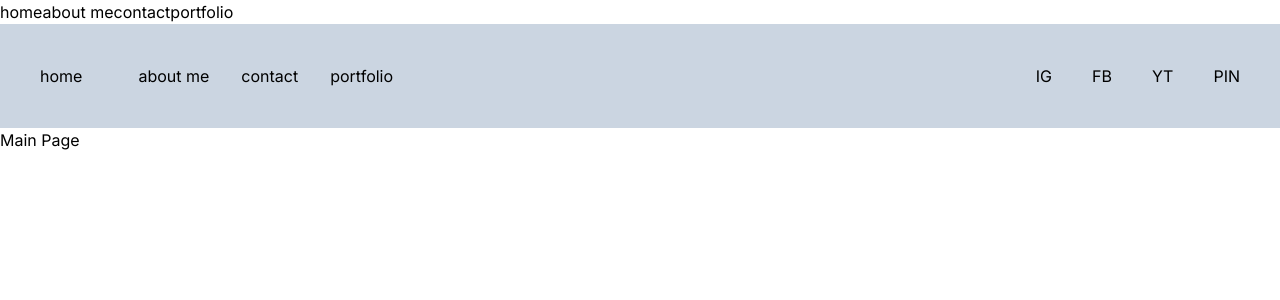
Repository: hubertrh/klaudia-personal-next
Page: /
These files come from the project's save history. The page is drawn as it stood at one moment and after the next save; the edit follows.
The browser window is 1280 px wide. The pictures show the whole page.
The project was rebuilt for these pictures with package versions that can differ from the ones it lists, and the page was loaded fresh each time. The framework's server and built-in components were replaced by stand-ins that run in the browser. Also part of the build but not shown: next.config.js.

Above is the page before, as saved 2023-08-11 11:18:25.

### app/layout.tsx
import './globals.css';
import type { Metadata } from 'next';
import { Inter } from 'next/font/google';
import Link from 'next/link';

const inter = Inter({ subsets: ['latin'] });

export const metadata: Metadata = {
  title: 'Klaudia Rogala-Haracz',
  description: 'Portrait and reportage photography. Based in London.',
};

export default function RootLayout({
  children,
}: {
  children: React.ReactNode;
}) {
  return (
    <html lang="en">
      <body className={inter.className}>
        <header>
          <nav>
            <Link href="#!">home</Link>
            <Link href="#!">about me</Link>
            <Link href="#!">contact</Link>
            <Link href="#!">portfolio</Link>
          </nav>
          <div></div>
        </header>
        {children}
      </body>
    </html>
  );
}

### app/(site)/layout.tsx
import '../globals.css';
import type { Metadata } from 'next';
import { Inter } from 'next/font/google';
import Link from 'next/link';

const inter = Inter({ subsets: ['latin'] });

export const metadata: Metadata = {
  title: 'Klaudia Rogala-Haracz',
  description: 'Portrait and reportage photography. Based in London.',
};

export default function RootLayout({
  children,
}: {
  children: React.ReactNode;
}) {
  return (
    <html lang="en">
      <body className={inter.className}>
        <header className="flex justify-between bg-slate-300 p-10">
          <nav>
            <Link className="nav-link !pr-14" href="#!">
              home
            </Link>
            <Link className="nav-link" href="#!">
              about me
            </Link>
            <Link className="nav-link" href="#!">
              contact
            </Link>
            <Link className="nav-link" href="/portfolio">
              portfolio
            </Link>
          </nav>
          <div>
            <Link
              className="social-icon"
              href="https://www.instagram.com/_klaudiarogala/"
            >
              IG
            </Link>
            <Link
              className="social-icon"
              href="https://www.facebook.com/klaudiarogalaphotographer/"
            >
              FB
            </Link>
            <Link
              className="social-icon"
              href="https://www.youtube.com/channel/UCyVfMWp16X_wYCG9213YOQw/"
            >
              YT
            </Link>
            <Link
              className="social-icon"
              href="https://www.pinterest.com/zuzannnnaa/"
            >
              PIN
            </Link>
            {/* <a class="lang-btn" href="/pl/index.html"><img src="/icons/flag-pl.svg" /></a> */}
          </div>
        </header>
        {children}
      </body>
    </html>
  );
}

### app/(site)/page.tsx
export default function Home() {
  return <div>Main Page</div>;
}

### app/globals.css
@tailwind base;
@tailwind components;
@tailwind utilities;

:root {
  --foreground-rgb: 0, 0, 0;
  --background-rgb: 255, 255, 255;
}

body {
  color: rgb(var(--foreground-rgb));
  background: rgb(var(--background-end-rgb));
}

.nav-link {
  @apply pr-8;
}

.social-icon {
  @apply pl-10;
}

Loaded but not shown: tailwind.config.js (common file)

After the next save:
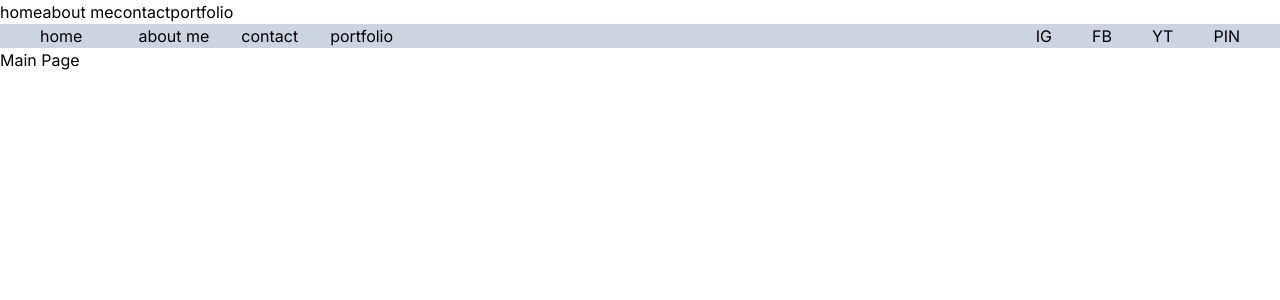
Saved 9 s later.
--- a/app/(site)/layout.tsx
+++ b/app/(site)/layout.tsx
@@ -18,7 +18,7 @@ export default function RootLayout({
   return (
     <html lang="en">
       <body className={inter.className}>
-        <header className="flex justify-between bg-slate-300 p-10">
+        <header className="flex justify-between bg-slate-300 px-10">
           <nav>
             <Link className="nav-link !pr-14" href="#!">
               home
